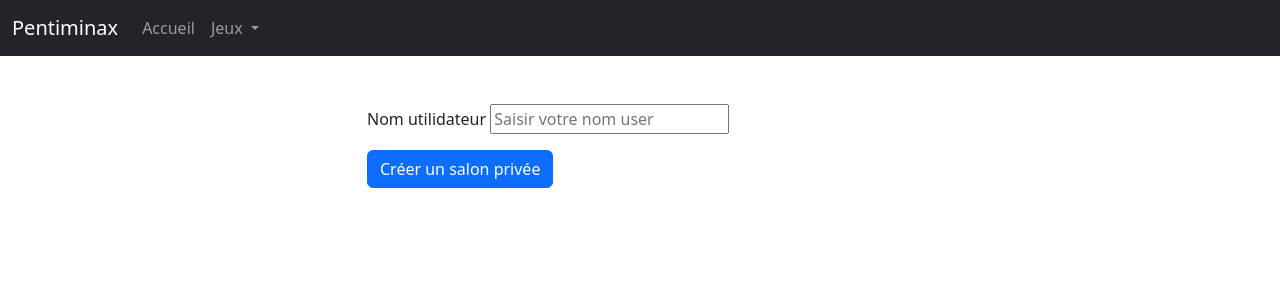
Repository: remi77130/morpion
Page: templates/games/tic-tac-toe.html
An editor plug-in stored every save of this project. The page is shown before and after the next save, followed by the edit.
The browser window is 1280 px wide. The pictures show the whole page.

Above is the page before, as saved 2023-11-27 12:07:19.

### templates/games/tic-tac-toe.html
<!DOCTYPE html>
<html lang="fr">

<head>
    <meta charset="UTF-8">
    <meta name="viewport" content="width=device-width, initial-scale=1.0">
    <link rel="stylesheet" href="/bootstrap/css/bootstrap.min.css">
    <link rel="stylesheet" href="css/style.css">
    <title>Tic-tac-toe</title>
</head>

<body>

    <nav class="navbar navbar-expand-lg navbar-dark bg-dark">
        <div class="container-fluid">
            <a class="navbar-brand" href="/">Pentiminax</a>
            <button class="navbar-toggler" type="button" data-bs-toggle="collapse"
                data-bs-target="#navbarSupportedContent" aria-controls="navbarSupportedContent" aria-expanded="false"
                aria-label="Toggle navigation">
                <span class="navbar-toggler-icon"></span>
            </button>
            <div class="collapse navbar-collapse" id="navbarSupportedContent">
                <ul class="navbar-nav me-auto mb-2 mb-lg-0">
                    <li class="nav-item">
                        <a class="nav-link" href="/">Accueil</a>
                    </li>
                    <li class="nav-item dropdown">
                        <a class="nav-link dropdown-toggle" href="#" id="gamesDropdown" role="button"
                            data-bs-toggle="dropdown" aria-expanded="false">
                            Jeux
                        </a>
                        <ul class="dropdown-menu" aria-labelledby="navbarDropdown">
                            <li><a class="dropdown-item" href="/games/tic-tac-toe">Morpion</a></li>
                        </ul>
                    </li>
                </ul>
            </div>
        </div>
    </nav>

    <div class="container mt-5">
        <div class="row">
            <div class="col-sm-12 col-md-6 offset-md-3">

                <div class="alert d-none" role="alerte" id="turn-message"></div>

                <div class="card-mb-3" id="user-card">

                    <div class="card-body">
                        <form action="" method="post" id="form">

                            <div class="mb-3">
                                <label for="">Nom utilidateur</label>
                                <input type="text" id="username" placeholder="Saisir votre nom user">
                            </div>

                            <button class="btn btn-primary" id="star" type="submit">Créer un salon privée</button>

                        </form>
                    </div>

                </div>

            </div>
        </div>
    </div>
    <script src="./jquery/jquery.min.js"></script>
    <script src="./bootstrap/js/bootstrap.min.js"></script>
</body>

</html>

Loaded but not shown: node_modules/bootstrap/dist/css/bootstrap.min.css (library); node_modules/jquery/dist/jquery.min.js (library); node_modules/bootstrap/dist/js/bootstrap.min.js (library); public/css/style.css (no stored copy; drawn as an empty file)

After the next save:
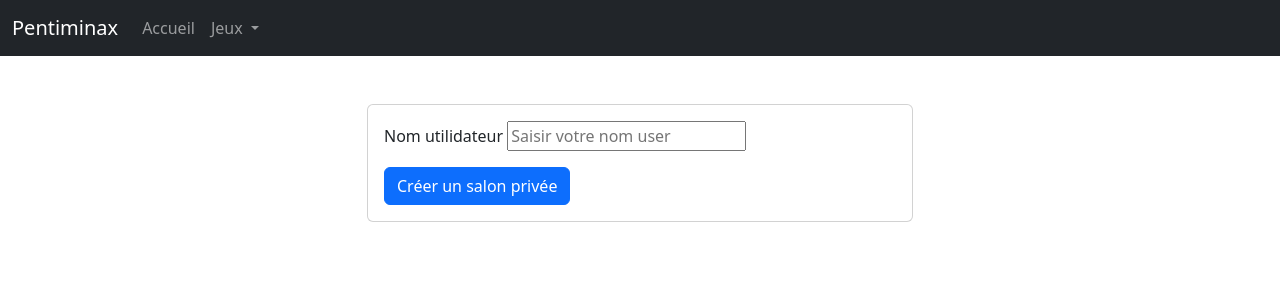
Saved 2 min 58 s later.
--- a/templates/games/tic-tac-toe.html
+++ b/templates/games/tic-tac-toe.html
@@ -44,7 +44,7 @@
 
                 <div class="alert d-none" role="alerte" id="turn-message"></div>
 
-                <div class="card-mb-3" id="user-card">
+                <div class="card mb-3" id="user-card">
 
                     <div class="card-body">
                         <form action="" method="post" id="form">
